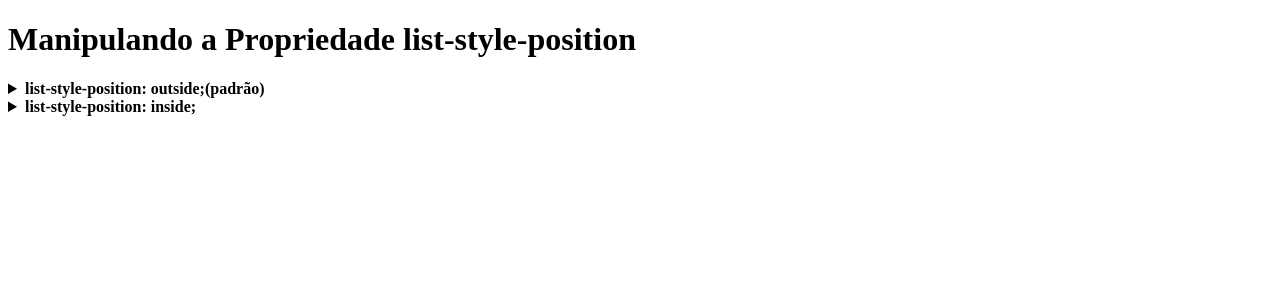
Repository: EmanuelUrbano/introducao_a_tecnologias
Page: 26_04_22/fundamentosCss/list_style_position.html
The author's editor kept a copy of each file at every save. The page is drawn from the files as they stood at one save, then again after the next save.
The browser window is 1280 px wide. The pictures show the whole page.

Above is the page before, as saved 2022-04-27 16:45:38.

After the next save:
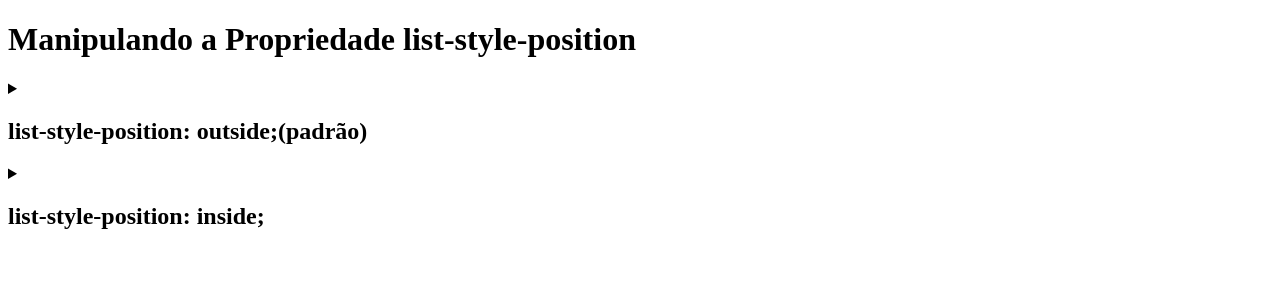
Saved 18 s later.
--- a/26_04_22/fundamentosCss/list_style_position.html
+++ b/26_04_22/fundamentosCss/list_style_position.html
@@ -11,7 +11,7 @@
     <h1>Manipulando a Propriedade list-style-position</h1>
     <details>
         <summary>
-            <b>list-style-position: outside;(padrão)   </b>
+            <h2>list-style-position: outside;(padrão)</h2>
         </summary>
         <ul>
             <li>Lorem ipsum dolor sit amet, consectetur adipisicing elit. Fugiat, laboriosam, neque asperiores earum cumque eos suscipit nostrum deserunt at assumenda eum laborum harum totam eveniet quisquam consequuntur nisi ea molestias.</li>
@@ -21,7 +21,7 @@
     </details>
     <details>
         <summary>
-            <b>list-style-position: inside;    </b>
+            <h2>list-style-position: inside;</h2>
         </summary>
         <ul>
             <li>Lorem ipsum dolor sit amet, consectetur adipisicing elit. Fugiat, laboriosam, neque asperiores earum cumque eos suscipit nostrum deserunt at assumenda eum laborum harum totam eveniet quisquam consequuntur nisi ea molestias.</li>
